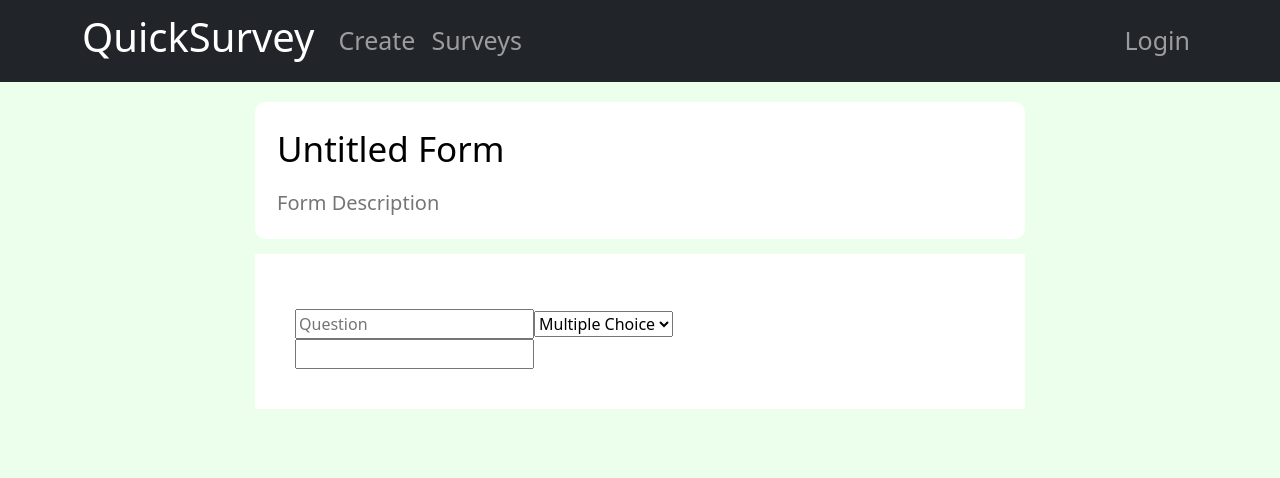
Repository: cakuang1/QuickSurveyReact
Page: /create (app in frontend/)
The author's editor kept a copy of each file at every save. The page is drawn from the files as they stood at one save, then again after a run of saves.
The browser window is 1280 px wide. The pictures show the whole page.
The project was rebuilt for these pictures with package versions that can differ from the ones it lists, and the page was loaded fresh each time. Also part of the build but not shown: frontend/src/index.css, frontend/src/pages/home/home.js, frontend/src/pages/pastsurveys/pastsurveys.js, frontend/src/pages/login/login.js, frontend/src/pages/register/register.js.

Above is the page before, as saved 2022-07-29 23:33:42.

### frontend/src/App.js

import Navigation from './components/Nav/Nav';
import {BrowserRouter,Route,Routes} from "react-router-dom";
import Home from "./pages/home/home"
import Create from "./pages/create/create"
import CreatedSurveys from "./pages/pastsurveys/pastsurveys"
import LogRegi from "./pages/login/login"
import Register from "./pages/register/register"




function App() {
  return (
  <BrowserRouter>
    <Navigation/>
    <Routes>
      <Route path='/' element = {<Home/>}></Route>
      <Route path = 'create' element = {<Create/>}></Route>
      <Route path = 'created' element = {<CreatedSurveys/>}></Route>
      <Route path = 'login' element = {<LogRegi/>}></Route>
      <Route path = 'register' element = {<Register/>}></Route>
    </Routes>

  </BrowserRouter>

  );
}

export default App;

### frontend/src/components/Nav/Nav.js
import React,{useState} from "react";
import Nav from 'react-bootstrap/Nav';
import Navbar from 'react-bootstrap/Navbar';

import Container from 'react-bootstrap/Container';
import 'bootstrap/dist/css/bootstrap.min.css';
import {Link} from 'react-router-dom'
import "./nav.css"



export default function Navigation() {
  return (
    <Navbar collapseOnSelect expand="lg" bg="dark" variant="dark">
      <Container>
        <Navbar.Brand as={Link} to="/home">
          <h1>QuickSurvey</h1>
        </Navbar.Brand>
        <Navbar.Toggle aria-controls="responsive-navbar-nav" />
        <Navbar.Collapse id="responsive-navbar-nav">
          <Nav className="me-auto">
            <Nav.Link as={Link} to="/create">Create</Nav.Link>
            <Nav.Link as={Link} to="/created">Surveys</Nav.Link>

          </Nav>
          <Nav>
            <Nav.Link as={Link} to="/login">Login</Nav.Link>
          </Nav>
        </Navbar.Collapse>
      </Container>
    </Navbar>
  );
}

### frontend/src/pages/create/create.js
import React, { useState } from 'react'
import Form from 'react-bootstrap/Form';
import "./create.css"


function Question() {


  return (
  <div className='questioncontainer'>

    <input placeholder='Question' className='question'/>
    <select className='selector'>
      <option value={1}>Multiple Choice</option>
    </select>
    <div className='optioncontainer'>
      <div>
        <input className='options'></input>
      </div>
    </div>
  </div>
  )



}


export default function Create(){
  const [questions,setQuestions] = useState(1)
  const [active,setActive] = useState(0)




  return (
  <form>
    <div className='outsidecontainer'>
      <div className='titlecontainer'>
        <input className='formtitle' value = "Untitled Form" />
        <input className='formdescription' placeholder='Form Description'/>
      </div>
      <div className='questioncontainer'>
        <Question/>

      </div>
      <div className=''>



      </div>
    </div>
  </form>
  )
}

### frontend/src/components/Nav/nav.css
.nav-link {
    font-size: 25px;

}

### frontend/src/pages/create/create.css
.titlecontainer {
    background-color: white;
    display: flex;
    flex-direction: column;
    padding: 20px;
    border-radius: 10px;


}


.titlecontainer:hover {
    box-shadow: 0 0 11px rgba(33,33,33,.2);
}
.questioncontainer:hover {
    box-shadow: 0 0 11px rgba(33,33,33,.2);
}

.outsidecontainer {
    width: 770px;
    margin: auto;
    margin-top: 20px;

}

.questioncontainer {
    background-color: white;
    margin-top: 15px;
    padding: 20px;

}

.formtitle {
    font-size: 35px;
    border: none;

}

.formdescription {

    margin-top: 10px;
    border: none;
    font-size: 20px;
}


.titlecontainer:active {
    border-color: red;


}

### frontend/src/pages/login/login.css
.box {
width: 40vw;
min-width: 700px;
min-height: 480px;
border-radius: 10px;
background-color: #fff;
box-shadow: #6a839c33 0 8px 24px;
margin: 50px 10px;
display: flex;
flex-direction: column;
align-items: center;
}

.box2 {

    width: 40vw;
    min-width: 700px;
    min-height: 480px;
    border-radius: 10px;
    background-color: #fff;
    box-shadow: #6a839c33 0 8px 24px;
    margin: 50px 10px;
    display: flex;
    flex-direction: column;
    align-items: center;
    padding-bottom: 100px;



}

.description {
    margin-top: 20px;
    font-size: larger;

}
body {

    background-color: #ecffec;
}

.test {
    display: flex;
    width: 100vw;
    height: 100vh;
    flex-direction: column;
    align-items: center;
    justify-content: center;
    transition: background-color .2s;
}

.loginform {
    display: flex;
    flex-direction: column;
    width: 80%;
    margin-top: 50px;
    margin-bottom: 15px;
}

.loginform input {
    margin-bottom: 40px;
    padding: 18px 18px 18px 40px;
    font-family: GilroyRegular;
    border: 1px solid #c2f3c2;
    border-radius: 8px;
    color: var(--blue);
}

.loginform button {
    outline: none;
    border: none;
    padding: 17px;
    border-radius: 8px;
    font-family: GilroyRegular;

    background-color: #c2f3c2;
    transition: .2s;
    font-size: 20px;


}


.messages {

    width: 80%;
    height: 50px;
    margin: auto;
    text-align: center;
    font-size: 17px;
    font-weight: bold;
    vertical-align: middle;
    line-height: 50px;
}
.messagecontainer {
    width: 100%;
    height: 100px;
}

Loaded but not shown: frontend/public/index.html (common file); frontend/src/index.js (common file)

After the next 5 saves:
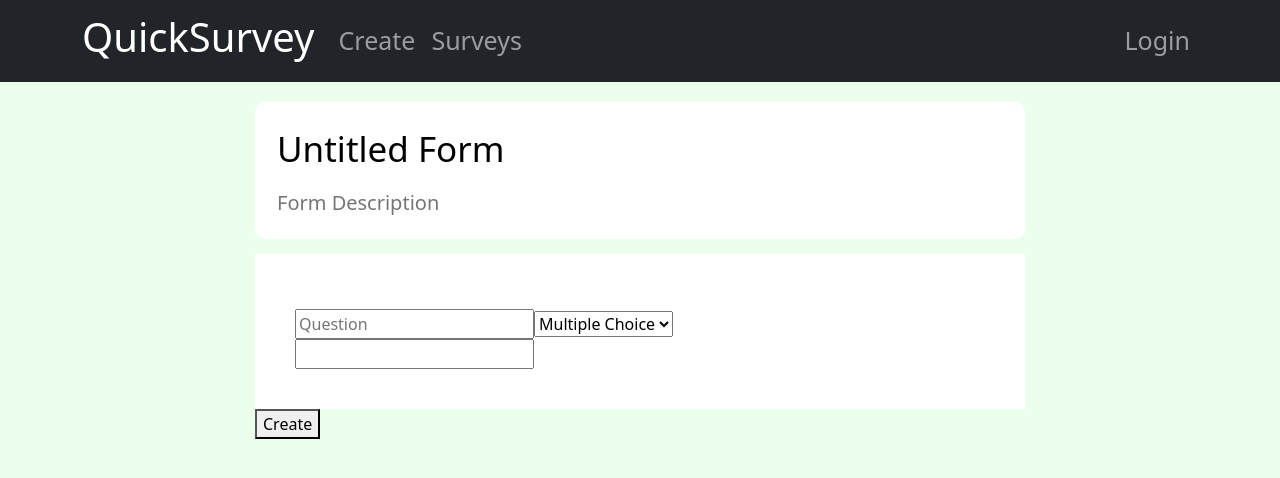
The 5 saves are shown as one change because they came seconds apart.
The last was saved 20 s later.
--- a/frontend/src/pages/create/create.js
+++ b/frontend/src/pages/create/create.js
@@ -44,7 +44,8 @@ export default function Create(){
         <Question/>
 
       </div>
-      <div className=''>
+      <div className='createsurveybutton'>
+        <button>Create</button>
 
 
 
